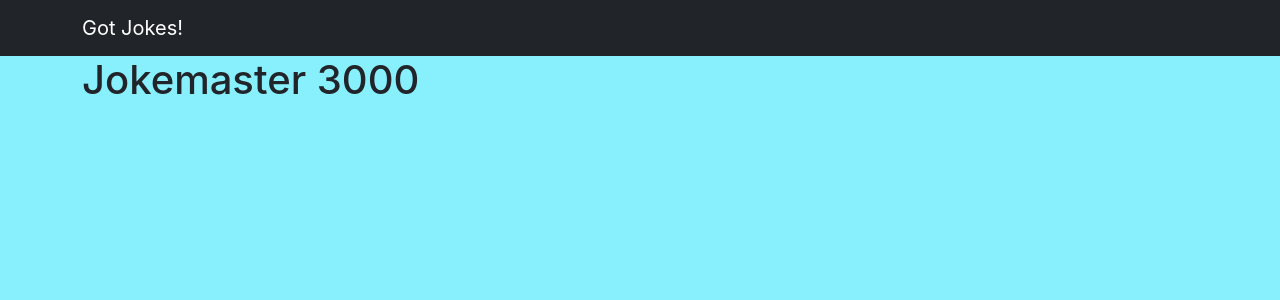
Repository: jontslater/LAB-joke-generator-react
Page: /
The author's editor kept a copy of each file at every save. The page is drawn from the files as they stood at one save, then again after the next save.
The browser window is 1280 px wide. The pictures show the whole page.
The page's requests for data from a server got no answer. The project was rebuilt for these pictures with package versions that can differ from the ones it lists, and the page was loaded fresh each time. The framework's server and built-in components were replaced by stand-ins that run in the browser. No one was signed in, and anything a server would have sent is missing. Also part of the build but not shown: next.config.js.

Above is the page before, as saved 2024-01-09 15:34:14.

### pages/_app.js
/* eslint-disable react/prop-types */
import 'bootstrap/dist/css/bootstrap.min.css';
import '../styles/globals.css';
import NavBar from '../components/NavBar';

function MyApp({ Component, pageProps }) {
  return (
    <>
      <NavBar />
      <div className="container">
        <Component {...pageProps} />
      </div>
    </>
  );
}

export default MyApp;

### pages/index.js
import React from 'react';
import Jokes from '../components/Jokes';

function Home() {
  return (
    <>
      <Jokes />
    </>
  );
}

export default Home;

### components/NavBar.js
/* eslint-disable jsx-a11y/anchor-is-valid */
import React from 'react';
import Link from 'next/link';
import {
  Navbar, Container, Nav,
} from 'react-bootstrap';

export default function NavBar() {
  return (
    <Navbar collapseOnSelect expand="lg" bg="dark" variant="dark">
      <Container>
        <Link passHref href="/">
          <Navbar.Brand>Got Jokes!</Navbar.Brand>
        </Link>
        <Navbar.Toggle aria-controls="responsive-navbar-nav" />
        <Navbar.Collapse id="responsive-navbar-nav">
          <Nav className="me-auto">
            {/* CLOSE NAVBAR ON LINK SELECTION: https://stackoverflow.com/questions/72813635/collapse-on-select-react-bootstrap-navbar-with-nextjs-not-working */}
            {/* <Link passHref href="/">
              <Nav.Link>Home</Nav.Link>
            </Link> */}
          </Nav>
        </Navbar.Collapse>
      </Container>
    </Navbar>
  );
}

### components/Jokes.js
import { useEffect, useState } from 'react';

function Jokes() {
  function getJoke() {
    fetch('https://v2.jokeapi.dev/joke/Programming?safe-mode&type=twopart')
      .then((response) => response.json())
      .then((data) => console.warn(data));
  }
  const [joke, setJoke] = useState([]);
  useEffect(() => { getJoke(); });
  return (
    <>
      <h1>Jokemaster 3000</h1>
    </>
  );
}

export default Jokes;

Loaded but not shown: styles/globals.css (common file)

After the next save:
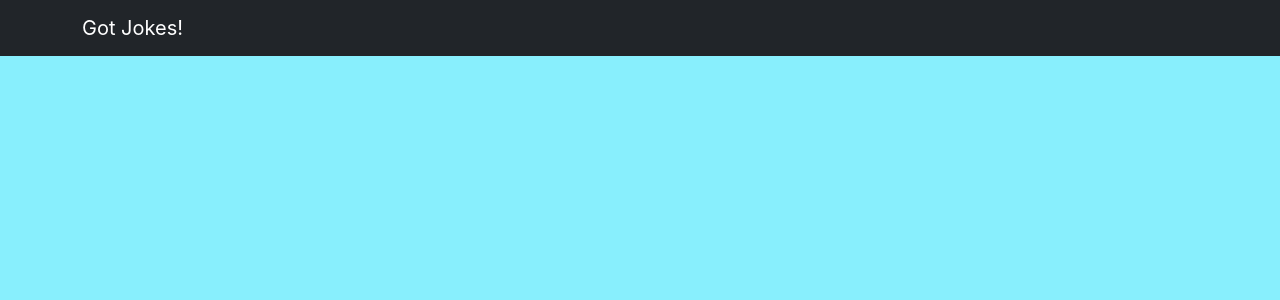
Saved 4 min 15 s later.
--- a/components/Jokes.js
+++ b/components/Jokes.js
@@ -4,13 +4,14 @@
   function getJoke() {
     fetch('https://v2.jokeapi.dev/joke/Programming?safe-mode&type=twopart')
       .then((response) => response.json())
-      .then((data) => console.warn(data));
+      .then((data) => setJoke(data.setup));
   }
   const [joke, setJoke] = useState([]);
   useEffect(() => { getJoke(); });
   return (
     <>
-      <h1>Jokemaster 3000</h1>
+      <h1>{joke}</h1>
+      <h2>{joke}</h2>
     </>
   );
 }

After the 2 saves that followed:
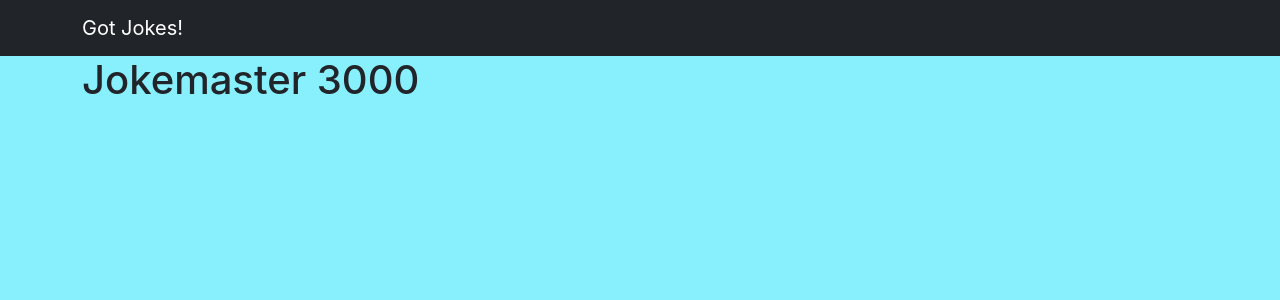
The 2 saves are shown as one change because 1 left the picture as it was.
The last was saved 90 s later.
--- a/components/Jokes.js
+++ b/components/Jokes.js
@@ -10,8 +10,8 @@
   useEffect(() => { getJoke(); });
   return (
     <>
+      <h1>Jokemaster 3000</h1>
       <h1>{joke}</h1>
-      <h2>{joke}</h2>
     </>
   );
 }
